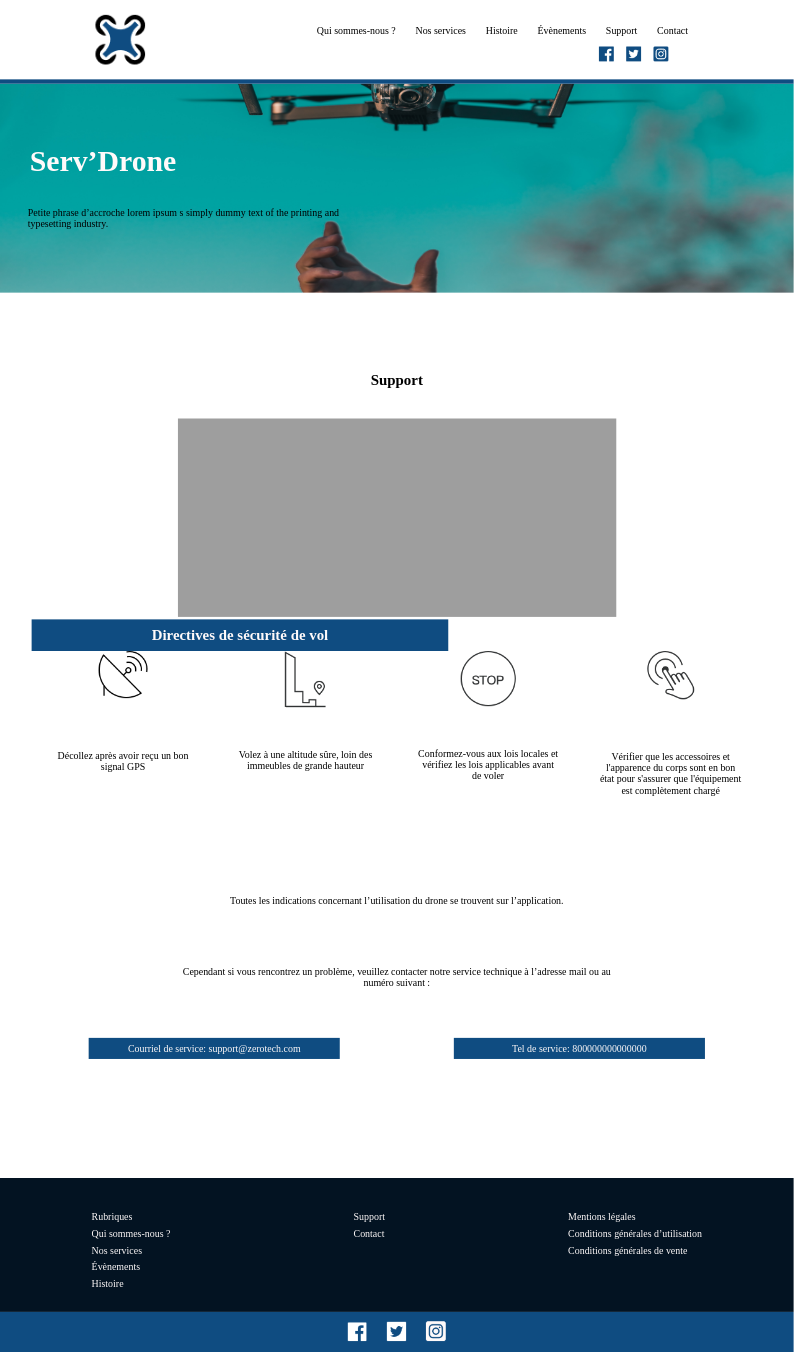
Repository: clairedupuich/serv_drone
Page: http://localhost/support.html
These files come from the project's save history. The page is drawn as it stood at one moment and after the next save; the edit follows.
The browser window is 1280 px wide. The pictures show the whole page, at 62% of full size.
Pictures or frames that could not be fetched are drawn as grey boxes. The page is run by PHP 8.4 with error messages shown; the project is at /var/www/html/.

Above is the page before, as saved 2020-10-29 23:49:13.

### support.html
<!DOCTYPE html>
<html lang="en">

<head>
    <meta charset="UTF-8">
    <meta name="viewport" content="width=device-width, initial-scale=1.0">
    <title>Document</title>
    <link rel="stylesheet" href="style.css">
</head>

<body>
    <header>
        <section class="navLogo">
            <img src="img/Group 5.png" class="logo">
            <div class="navAndIcon">
                <ul class="nav">
                    <li class=""> <a href=""> Qui sommes-nous ?</a></li>
                    <li class=""> <a href=""> Nos services</a></li>
                    <li class=""> <a href=""> Histoire</a></li>
                    <li class=""> <a href=""> Évènements</a></li>
                    <li class=""> <a href=""> Support</a></li>
                    <li class=""> <a href=""> Contact</a></li>
                </ul>

                <div class="iconHeader">
                  <a href="" class="iconHaut"><img src="img/Vector.png" alt=""></a>
                  <a href="" class="iconHaut"><img src="img/Vector(1).png" alt=""></a>
                  <a href="" class="iconHaut"><img src="img/Vector(2).png" alt=""></a>
                </div>
            </div>
        </section>
        <section class="grandImg">
            <h2>Serv’Drone</h2>
            <p class="inHeaderP">Petite phrase d’accroche lorem ipsum s simply dummy text
                of the printing and typesetting industry.</p>
        </section>
    </header>
    <section class="contenueSupport">
        <section class="videoDiv">
            <h2>Support</h2>
            <iframe width="60%" min-width="320px" height="320px" src="https://www.youtube.com/embed/rnkqKYyqMcI" frameborder="0"
                allow="accelerometer; autoplay; clipboard-write; encrypted-media; gyroscope; picture-in-picture"
                allowfullscreen></iframe>
        </section>
        <h2 class="titreIcon">Directives de sécurité de vol</h2>
        <section class="iconText">
            <figure class="fig">
                <img src="img/index7.png" alt="" class="icon icon1" />
                <figcaption>Décollez après avoir reçu un bon signal GPS</figcaption>
            </figure>
            <figure class="fig">
                <img src="img/index5.png" alt="" class="icon" />
                <figcaption>Volez à une altitude sûre, loin des immeubles de grande hauteur</figcaption>
            </figure>
            <figure class="fig">
                <img src="img/index4.png" alt="" class="icon" />
                <figcaption>Conformez-vous aux lois locales et vérifiez les lois applicables avant de voler</figcaption>
            </figure>
            <figure class="fig">
                <img  src="img/index6.png" alt="" class="icon icon4" />
                <figcaption>Vérifier que les accessoires et l'apparence du corps sont en bon état pour s'assurer que
                    l'équipement est complètement chargé</figcaption>
            </figure>
        </section>
        <section class="">
            <p class="repaire">Toutes les indications concernant l’utilisation du drone se trouvent sur l’application.</p>
            <p class="repaire">Cependant si vous rencontrez un problème, veuillez contacter notre service technique à l’adresse mail ou au numéro suivant :</p>
            <div class="teleMail">
                <p class="tele">Courriel de service: support@zerotech.com</p>
                <p class="mail">Tel de service: 800000000000000</p>
            </div>
        </section>
    </section>
    <footer>
        <div class="textFooterC">
            <div class="texFooter">
                <a href="" class="textFooterEle">Rubriques</a>
                <a href="" class="textFooterEle">Qui sommes-nous ? </a>
                <a href="" class="textFooterEle">Nos services</a>
                <a href="" class="textFooterEle">Évènements</a>
                <a href="" class="textFooterEle">Histoire</a>


            </div>
            <div class="texFooter">
                <a href="" class="textFooterEle">Support</a>
                <a href="" class="textFooterEle">Contact</a>
            </div>
            <div class="texFooter">
                <a href="" class="textFooterEle">Mentions légales</a>
                <a href="" class="textFooterEle">Conditions générales d’utilisation</a>
                <a href="" class="textFooterEle">Conditions générales de vente</a>
            </div>
        </div>
        <div class="iconsFooter">
               <img src="img/Vector 1.png" alt="" class="iconFooter">
               <img src="img/Vector2.png" alt="" class="iconFooter">
               <img src="img/Vector 3.png" alt="" class="iconFooter">
        </div>
    </footer>
</body>

</html>

### style.css
/* header commence ci-desous */
.navLogo {
    display: flex;
    flex-wrap: wrap;
    flex-direction: row;
    justify-content: space-around;
    align-items: center;
    padding: 1.5em;
}
.logo {
    width: 5em;
    height: 5em;
    margin-left: 0;
}
.nav {
    display: flex;
    flex-wrap: wrap;
    flex-direction: row;
    justify-content: space-between;
    margin-bottom: 0;
}
.nav > li {
    text-decoration: none;
    transition-property: transform;
    transition-duration: .2s;
    transform: scale(1);
    padding: 1em;
    list-style: none;
}
.nav > li > a {
    list-style: none;
    color:black;
    text-decoration: none;

}
.nav > li:hover {
    transform: scale(1.3);
    color: rgb(10, 23, 204);

}

.nav > li > a:hover {
    transform: scale(1.3);
    color: rgb(10, 23, 204);

}
.iconHeader {
    text-align: end;
   margin-right: 3em;
}
.iconHaut {
    margin-left: 1em;
}
.grandImg {
    background-image: url(img/headerimg.png);
    border-top: 7px solid #0F4C81;
    background-repeat: no-repeat;
    background-origin: border-box;
    background-position: center;
}
.grandImg > h2 {
    color: snow;
    font-size:3em ;
    margin: 0 auto 1em 1em;
    padding-top: 2em;
}
.inHeaderP {
    width: 40%;
    margin-bottom: 7em;
    padding-bottom: 8%;
    padding-left: 3.5%;
}
@media screen and (max-width: 770px) {
    .inHeaderP {
        width: 70%;
        margin-bottom: 6em;
        padding: 8% auto;
    }
    .grandImg > h2 {
        color: snow;
        font-size:2em ;
        margin: 0 auto 1em 1em;
        padding-top: 2em;
    }
}
/* page support commence */
*{
    margin: 0;
    padding: 0;
}
.videoDiv,
.iconText, {
    margin-bottom: 7em;
}
.contenueSupport {
   margin: 4em auto;
   padding: 1em 4%;
   text-align: center;
}
iframe {
    min-width: 300px;
}
.videoDiv > h2 {
   margin-bottom: 2em;
}

/* les icons de page support commence */
.titreIcon {
    color: snow;
    background-color: #0F4C81;
    background-clip
    margin: 5em 12%;
    padding: .5em;
    width: 55%;
}

.iconText {
    display: flex;
    flex-direction: row;
    flex-wrap: wrap;
    justify-content: space-around;
}
.fig {
    width: 25%;
    margin-bottom: 7em;
}
.icon {
    margin-bottom: 2em;
}
.icon1,
.icon4 {
    margin-bottom: 3em;
}
.fig > figcaption {
    text-align: center;
    padding: 2em;
}

.repaire {
    margin-bottom: 4em;
    padding: 1em 15em;
}
.teleMail {
    display: flex;
    flex-direction: row;
    flex-wrap: wrap;
    justify-content: space-around;
}
.tele,
.mail {
    color: snow;
    background-color: #0F4C81;
    margin-bottom: 3em;
    padding: .5em;
    width: 33%;
}

/* page qui somme nous commence */
.quiHaut {
    text-align: center;
    background-color: #031322;
    background-clip: border-box;
    padding: 3em 17%;
    color: snow;
}
.littleTitre {
    font-weight: bold;
    padding: 2em;
    font-size: 1.2em;
}
.quiText {
    padding-bottom: 9em;
    line-height: 1.5em;
    text-align: justify;
}
.chefs {
    /* background-color: #031322; */
    background-clip: border-box;
    padding:2em 8%;
   /*  color: snow; */
}
.chefs > h4 {
    margin-left: 4em;
}
.man {
    display: flex;
    flex-wrap: wrap;
    flex-direction: row;
    justify-content: space-around;
    margin-bottom: 6em;
}
.imgMan2 {
    display: none;
}
.manText {
    width: 35%;
    text-align: justify;

}
@media screen and (max-width: 380px){
    .manText {
        width: 65%;
        text-align: justify;

    }
    .imgMan2 {
        display: block;
    }
    .imgManComputer {
        display: none;
    }
}

/* footer commence */
footer {

    color: snow;
    margin-top: 8em;
}
.textFooterC {
    background-color: #031322;
    display: flex;
    flex-direction: row;
    flex-wrap: wrap;
    justify-content: space-around;
    padding-top: 3em;
    padding-bottom: 2em;
}
.texFooter {
    display: flex;
    flex-direction: column;
    line-height: 1.7em;
    background-clip: border-box;
}
/* .textFooter2 {
    margin-right: 19em;
} */
.textFooterEle {
    text-decoration: none;
    list-style: none;
    color: snow;
}
.iconsFooter {
    background-color: #0F4C81;
    text-align: center;
}
.iconFooter{
   padding: 0.9em;
}

/* page contact commence */
.contenueContact {
    padding:2em 9%;
    background-color: #f2f3f3;
    background-clip: border-box;
}
.contact {
    display: flex;
    flex-direction: row;
    flex-wrap: wrap;
    justify-content: space-around;
    margin-bottom: 3em;
}
.contact > p {
    background-color: #ffffff;
    padding: 10% 2em;
    border-radius: 3em;
    margin-bottom: 1.5em;

}
.contact > p > span {
    font-size: 1.5em;
    display: block;
    margin-bottom: 1em;
}
.contact_img {
    border-radius: 3em;
    width: 40%;
    min-width: 20em;
}

/* formulaire ci-desous */
.cont h2 {
    margin: 6em auto 2em;
    text-align: center;
    width: 80%;
}

.hform {

    background-image: url(img/drone2.png);
    background-repeat: no-repeat;
    background-position-x: right;
    background-position-y: top;
}

.cont h3 {
    margin-bottom: 1em;
}

.contat-p {
    padding: 8px auto;
}

form {
    margin-top: 1.5em;

}

.nomemail {
    display: flex;
    flex-direction: row;
    flex-wrap: wrap;
    justify-content: space-between;

}

.form-nom {
    width: 40%;
    min-width: 16em;
}

.form-emil {
    width: 40%;
    margin-right:.5em;
    min-width: 16em;
}

.name {

    color: rgb(39, 37, 37);
    padding: 1em;
    width: 100%;
    margin: 0.7em auto;
}

.textarea {
    width: 100%;
    padding: 1.5em;
    font-size: 1em;
    margin-bottom: 2em;
    font-style: italic;

}

.contact-submit input {
    padding: .6em;
    font-size: 1em;
    background-color: #febf01;
    border: darkslategrey solid 1px;
    box-shadow: 2px 3x 6px black;
    border-radius: 3px;
    color: cornsilk;
    cursor: pointer;
}
@media screen and (max-width: 556px) {
    footer {
        margin-top: 5em;
        text-align: center;
    }
    .textFooterC {
        display: flex;
        flex-direction: column;
        flex-wrap: wrap;
        justify-content: space-around;
        padding-top: 3em;
        padding-bottom: 2em;
    }
    .texFooter {
        display: flex;
        flex-direction: column;
        line-height: 1.7em;
        background-clip: border-box;
    }

    .cont {
        background-image: url(img/drone2.png);
        background-repeat: no-repeat;
        background-position-x: right;
        background-position-y: top;
    }
    .hform {

        background-image: url();
    }

    .textarea {
        width: 92%;
    }

}
/* formulaier fini ici */

/* page d'aceuill commence */

.containerService {
    display: flex;
    flex-direction: row;
    flex-wrap: wrap;
    justify-content: space-around;
}
.imgService {
    width: 560px;
    height: 315px;
}
.textService {
    width: 40%;

}

After the next save:
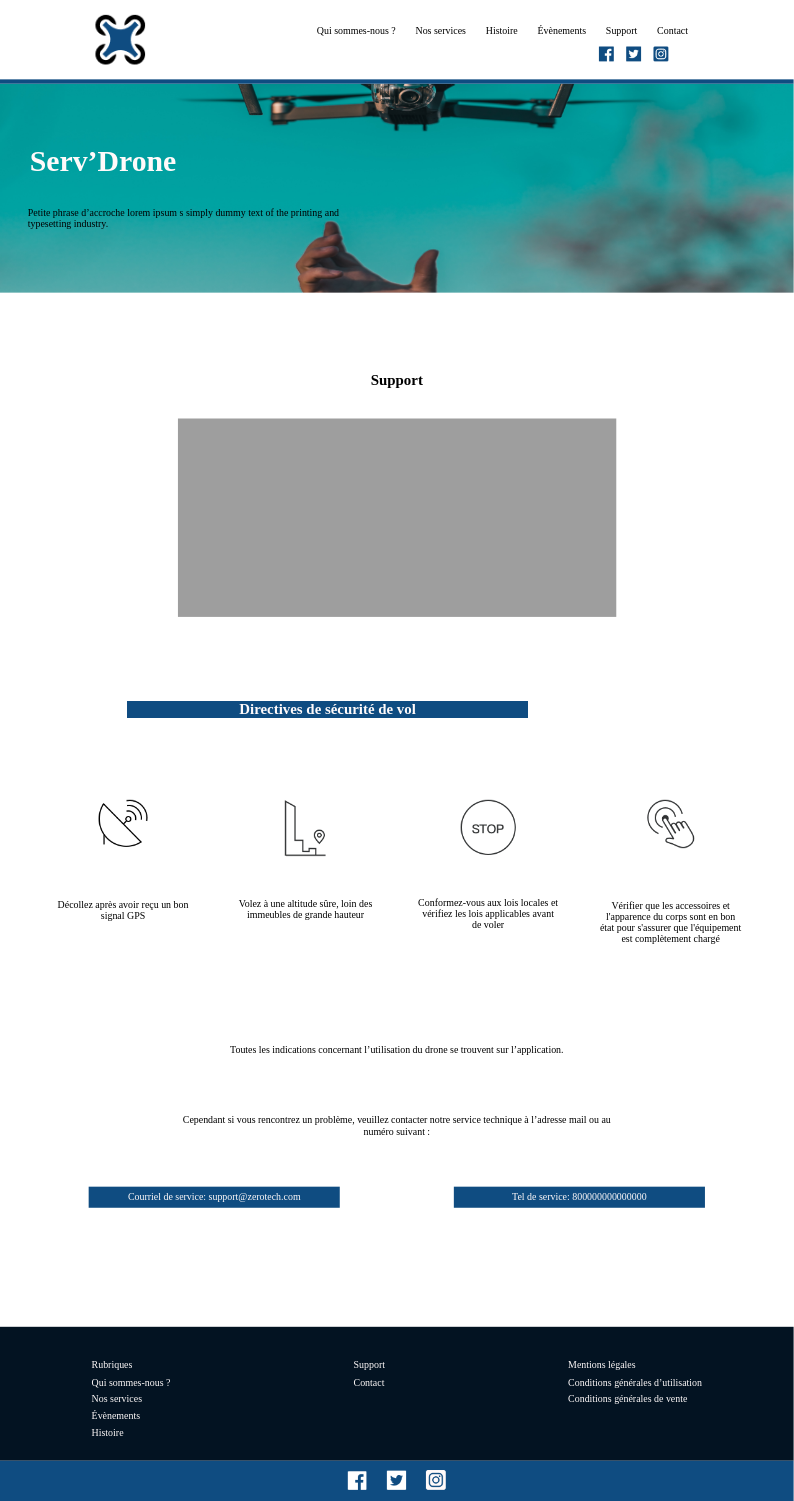
Saved 75 s later.
--- a/style.css
+++ b/style.css
@@ -108,7 +108,7 @@ iframe {
 .titreIcon {
     color: snow;
     background-color: #0F4C81;
-    background-clip
+    background-clip: content-box;
     margin: 5em 12%;
     padding: .5em;
     width: 55%;
